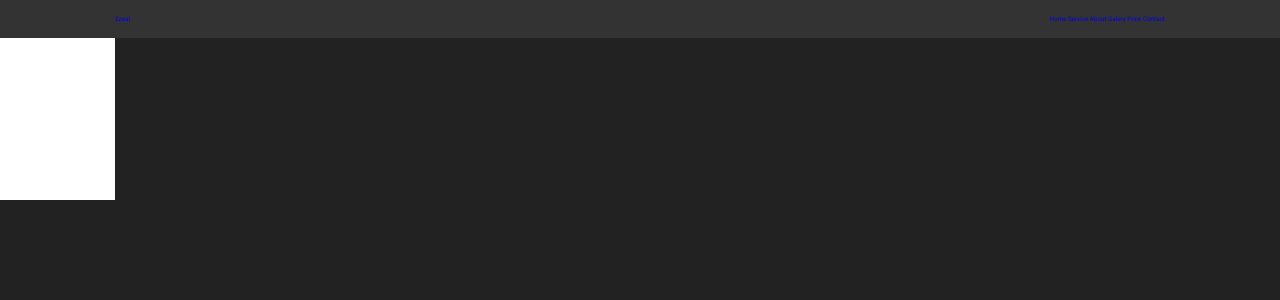
Repository: Jayce1607/First-clone
Page: html/index.html
The author's editor kept a copy of each file at every save. The page is drawn from the files as they stood at one save, then again after the next save.
The browser window is 1280 px wide. The pictures show the whole page.

Above is the page before, as saved 2021-08-26 17:14:41.

### html/index.html
<!DOCTYPE html>
<html lang="en">
<head>
  <meta charset="UTF-8">
  <meta http-equiv="X-UA-Compatible" content="IE=edge">
  <meta name="viewport" content="width=device-width, initial-scale=1.0">
  <title>Event Organizer Website Design Using HTML - CSS - Javascript </title>
  <link rel="stylesheet" href="../css/reset.css">
  <link rel="stylesheet" href="../css/app.css">
  <link rel="stylesheet" href="https://cdnjs.cloudflare.com/ajax/libs/font-awesome/5.15.4/css/all.min.css">
  <link rel="preconnect" href="https://fonts.googleapis.com">
<link rel="preconnect" href="https://fonts.gstatic.com" crossorigin>
<link href="https://fonts.googleapis.com/css2?family=Roboto:ital,wght@0,100;0,300;0,400;0,500;0,700;0,900;1,900&display=swap" rel="stylesheet">
</head>
<body>
  <!-- header start -->
  <header class="header">
    <a href="#" class="logo"><span>E</span>zeal</a>
    <nav class="navbar">
      <a href="#home">Home</a>
      <a href="#service">Service</a>
      <a href="#about">about</a>
      <a href="#galery">galery</a>
      <a href="#price">price</a>
      <a href="#contact">Contact</a>


    </nav>
  </header>
  <div class="boxed"></div>
  <!-- header end  -->
</body>
</html>

### css/reset.css
:root{
  --main-color:#3867d6;

}
*{
  margin: 0;
  padding: 0;
  border: 0;
  font-size: 100%;
  text-decoration: none;
  text-transform: capitalize;
  transition: .2s linear;
  font-family: 'Roboto', sans-serif;

 }
html, body, div, span, applet, object, iframe,h1, h2, h3, h4, h5, h6, p{
  margin: 0;
  padding: 0;
  border: 0;
  font-size: 62.5%;
  font-family: 'Roboto', sans-serif;
  overflow-x: hidden;
  scroll-padding-top: 7rem;
  scroll-behavior: smooth;
}
html::-webkit-scrollbar{
  width: 1rem;
}
html::-webkit-scrollbar-track{
background: #444;
}
html::-webkit-scrollbar-thumb{
  background: var(--main-color);
  border-radius: 5rem;
}
body{
  background-color: #222;
}
ol, ul {
  list-style: none;
}
img{
  object-fit: cover;
  max-width: 100%;
  width: 100%;
}

### css/app.css
.header {
  position: fixed;
  top: 0;
  left: 0;
  right: 0;
  z-index: 10000;
  background-color: #333;
  display: flex;justify-content: space-between;
  align-items: center;
  padding: 1.5rem 9%;
}
.boxed{
  width: 9%;
  height: 200px;
  background-color: #fff;
}

After the next save:
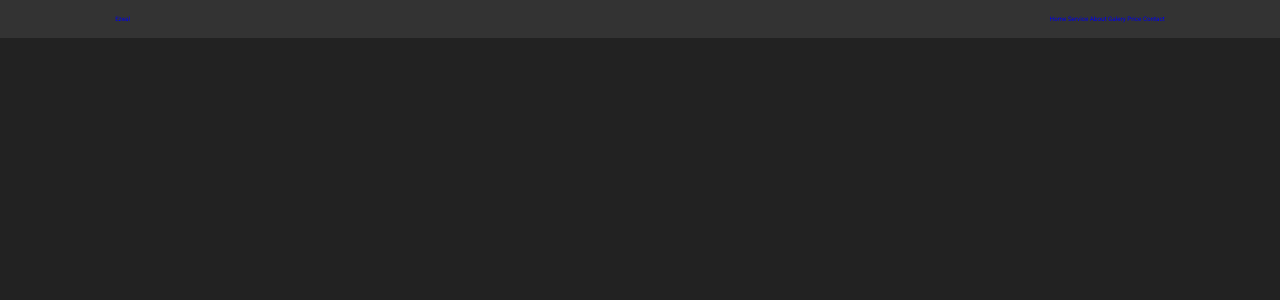
Saved 12 s later.
--- a/css/app.css
+++ b/css/app.css
@@ -9,8 +9,3 @@
   align-items: center;
   padding: 1.5rem 9%;
 }
-.boxed{
-  width: 9%;
-  height: 200px;
-  background-color: #fff;
-}
